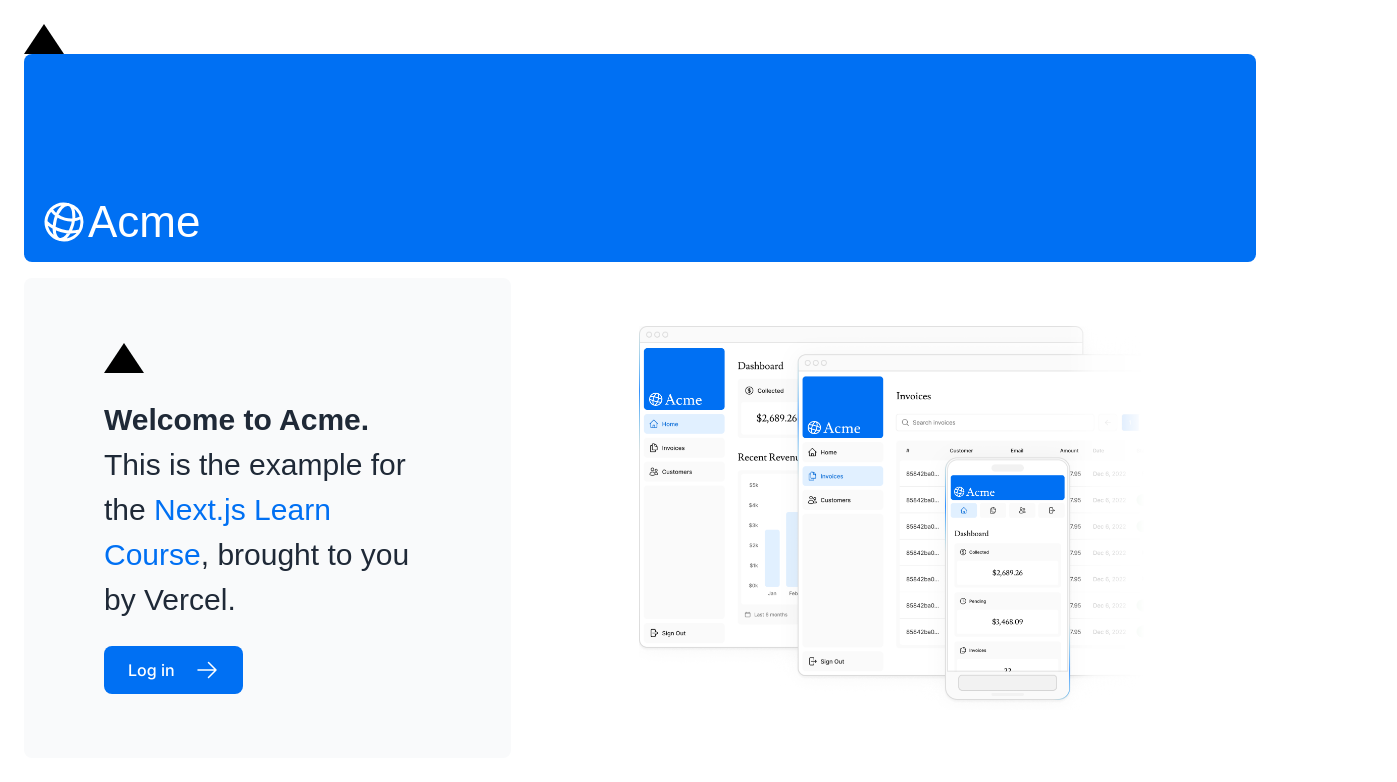
Repository: mrthanhdo/nextjs-my-dashboard
Page: /
An editor plug-in stored every save of this project. The page is shown before and after the next save, followed by the edit.
The browser window is 1280 px wide. The page is 1280 px wide, then 1397 px, then 1280 px, so the pictures cover 1397 px, including what lies to the right of the window. The pictures show the whole page.
Some web fonts or font styles are not loaded; a fallback is used. The project was rebuilt for these pictures with package versions that can differ from the ones it lists, and the page was loaded fresh each time. The framework's server and built-in components were replaced by stand-ins that run in the browser. Also part of the build but not shown: next.config.js.

Above is the page before, as saved 2024-06-06 11:17:52.

### app/page.tsx
import AcmeLogo from '@/app/ui/acme-logo';
import { ArrowRightIcon } from '@heroicons/react/24/outline';
import Link from 'next/link';
import styles from '@/app/ui/home.module.css';
import { lusitana } from '@/app/ui/fonts'
import Image from 'next/image';

export default function Page() {
  return (
    <main className="flex min-h-screen flex-col p-6">
      <div className={styles.shape} />
      <div className="flex h-20 shrink-0 items-end rounded-lg bg-blue-500 p-4 md:h-52 ">
        <AcmeLogo />
      </div>
      <div className="mt-4 flex grow flex-col gap-4 md:flex-row">
        <div className="flex flex-col justify-center gap-6 rounded-lg bg-gray-50 px-6 py-10 md:w-2/5 md:px-20">
          <div
            className="h-0 w-0 border-b-[30px] border-l-[20px] border-r-[20px] border-b-black border-l-transparent border-r-transparent"
          />
          <p className={`${lusitana.className} antialiased text-xl text-gray-800 md:text-3xl md:leading-normal`}>
            <strong>Welcome to Acme.</strong> This is the example for the{' '}
            <a href="https://nextjs.org/learn/" className="text-blue-500">
              Next.js Learn Course
            </a>
            , brought to you by Vercel.
          </p>
          <Link
            href="/login"
            className="flex items-center gap-5 self-start rounded-lg bg-blue-500 px-6 py-3 text-sm font-medium text-white transition-colors hover:bg-blue-400 md:text-base"
          >
            <span>Log in</span> <ArrowRightIcon className="w-5 md:w-6" />
          </Link>
        </div>
        <div className="flex items-center justify-center p-6 md:w-3/5 md:px-28 md:py-12">
          {/* Add Hero Images Here */}
          <Image
            src="/hero-desktop.png"
            width={1000}
            height={760}
            className="hidden md:block"
            alt="Screenshots of the dashboard project showing desktop version"
          />

          {/* Add Hero Images Here on mobile */}
        </div>
      </div>
    </main>
  );
}

Loaded but not shown: app/layout.tsx (common file); app/ui/global.css (common file); app/ui/fonts.ts (common file); app/ui/acme-logo.tsx (common file); app/ui/home.module.css (common file); tailwind.config.ts (common file)

After the next save:
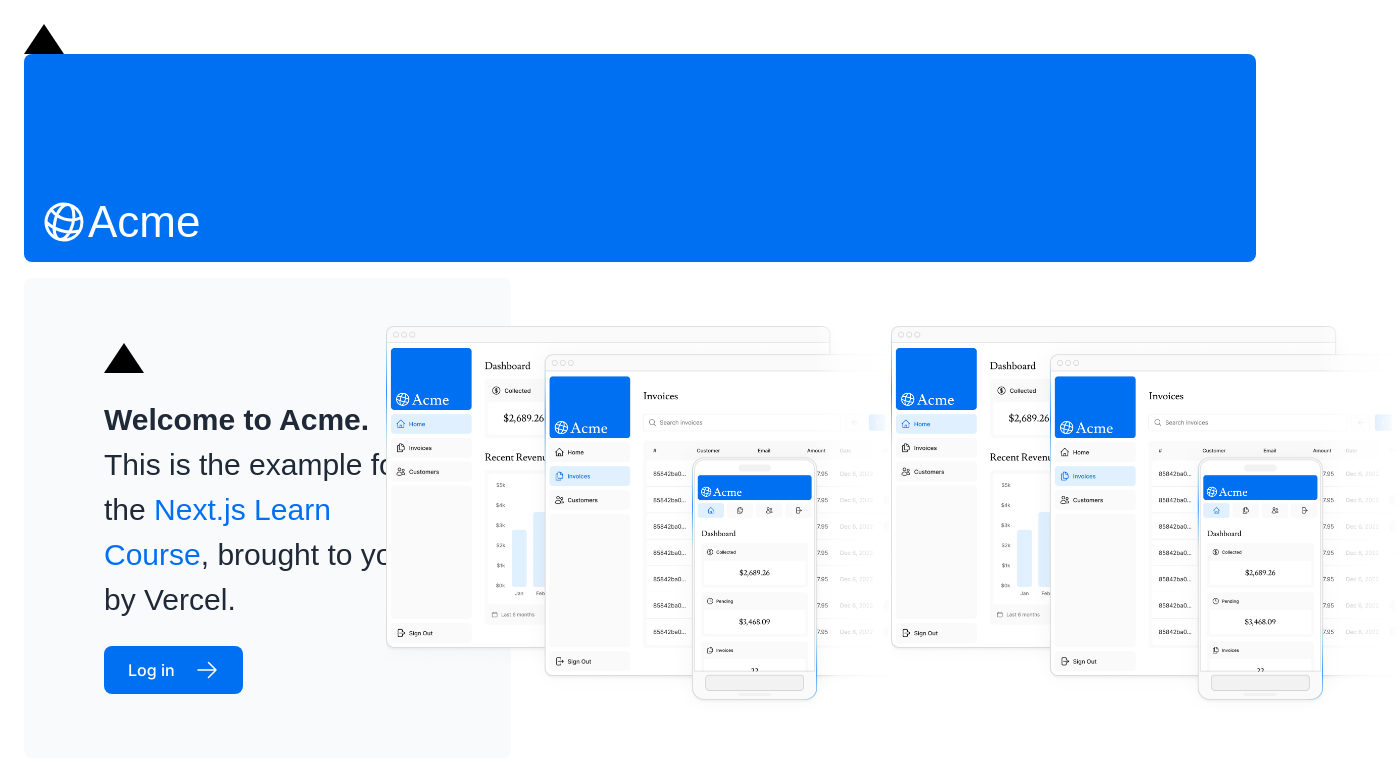
Saved 6 s later.
--- a/app/page.tsx
+++ b/app/page.tsx
@@ -42,6 +42,13 @@
           />
 
           {/* Add Hero Images Here on mobile */}
+          <Image
+            src="/hero-desktop.png"
+            width={1000}
+            height={760}
+            className="hidden md:block"
+            alt="Screenshots of the dashboard project showing desktop version"
+          />
         </div>
       </div>
     </main>

After the save that followed:
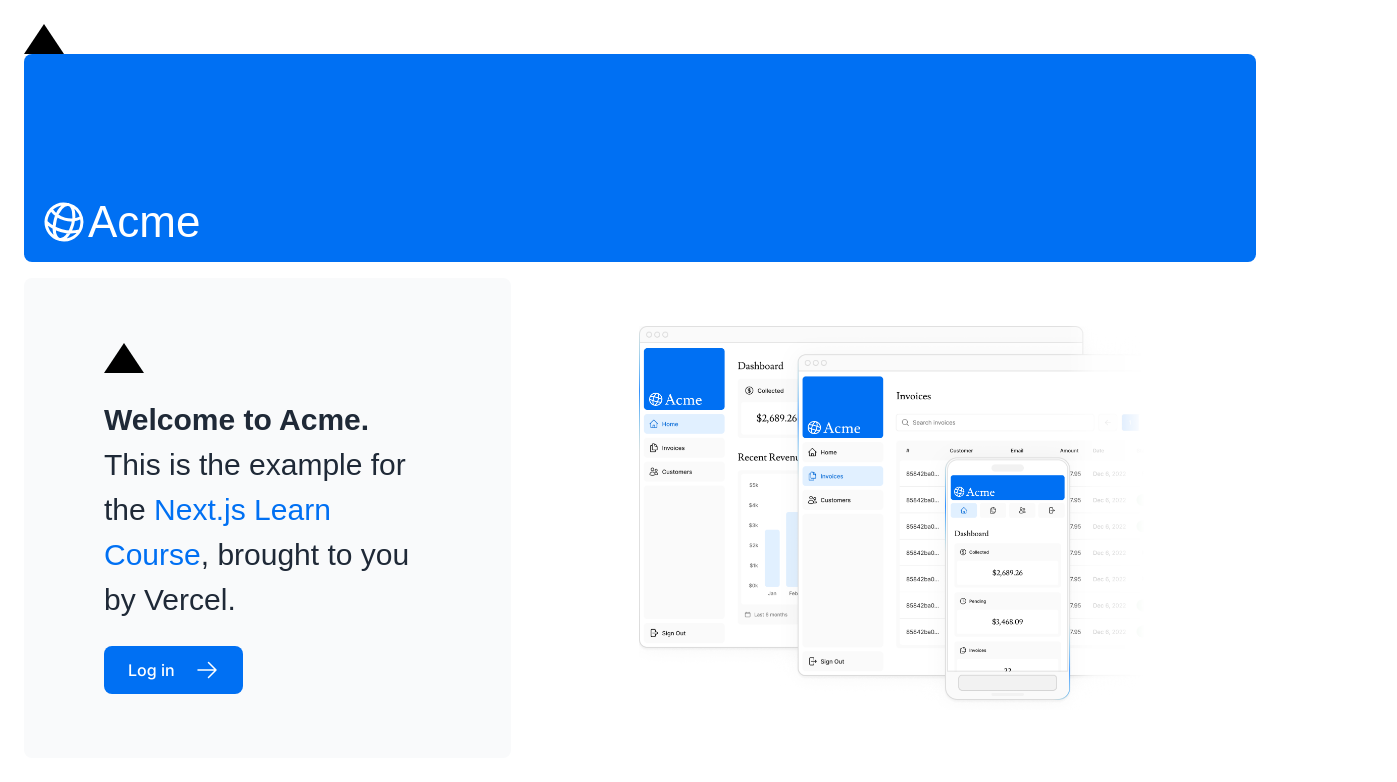
Saved 16 s later.
--- a/app/page.tsx
+++ b/app/page.tsx
@@ -43,10 +43,10 @@
 
           {/* Add Hero Images Here on mobile */}
           <Image
-            src="/hero-desktop.png"
+            src="/hero-mobile.png"
             width={1000}
             height={760}
-            className="hidden md:block"
+            className="block md:hidden"
             alt="Screenshots of the dashboard project showing desktop version"
           />
         </div>
